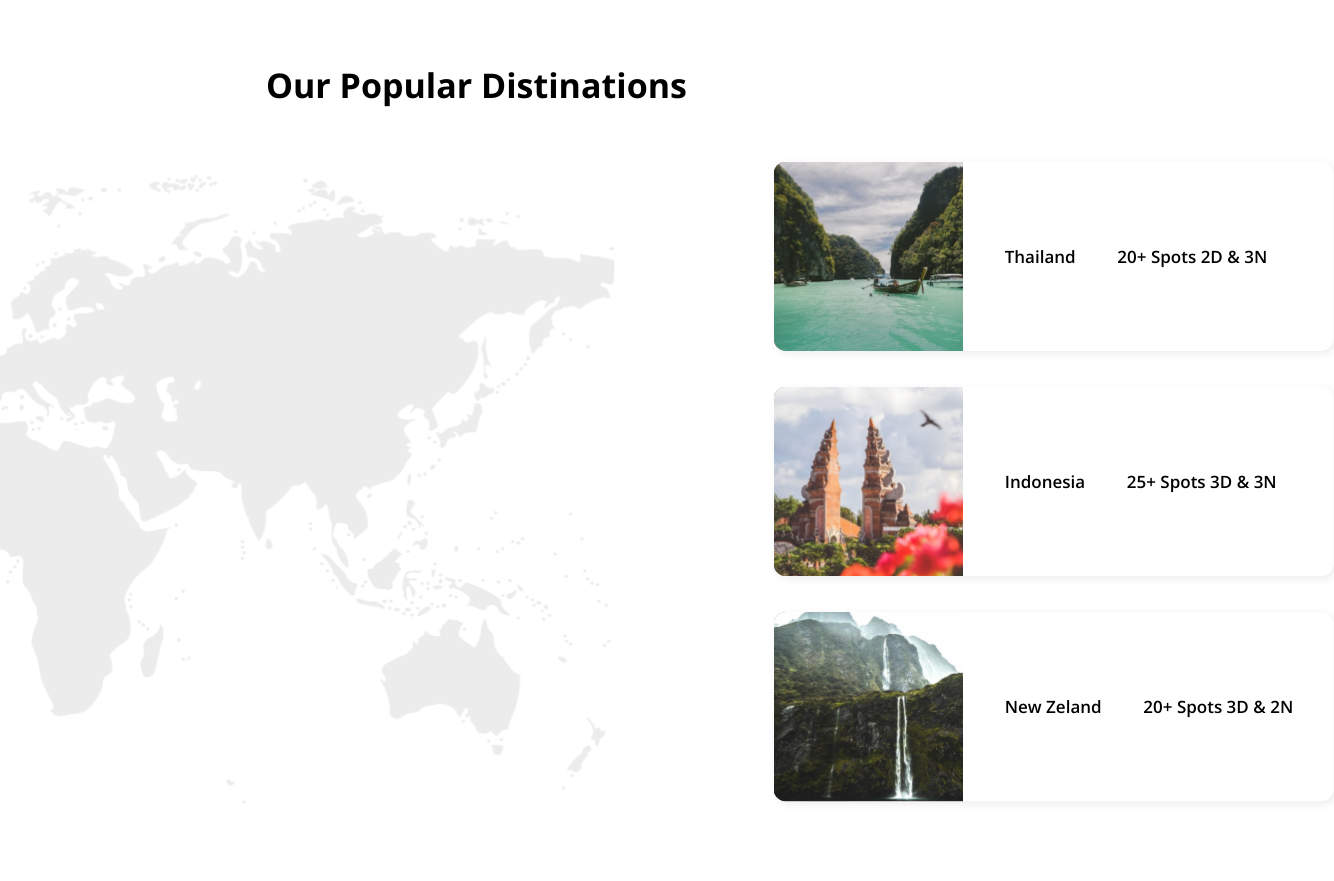
Repository: MehdiKerimov/Figma-Task-16
Page: index.html
An editor plug-in stored every save of this project. The page is shown before and after a run of saves, followed by the edit.
The browser window is 1280 px wide. The page is 1569 px wide, then 1280 px, then 1569 px, so the pictures cover 1569 px, including what lies to the right of the window. The pictures show the whole page, at 85% of full size.

Above is the page before, as saved 2023-10-10 11:01:24.

After the next 2 saves:
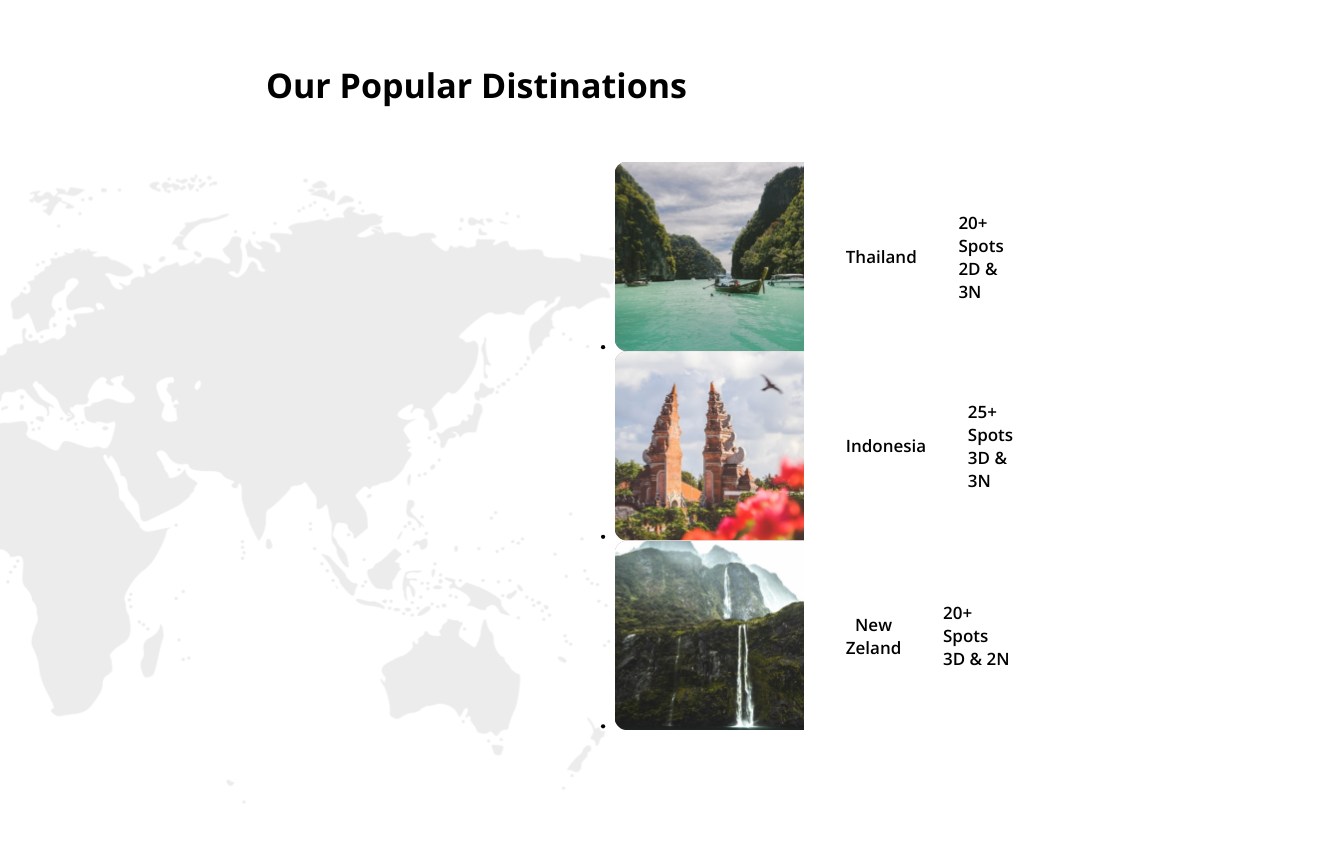
The 2 saves are shown as one change because they came seconds apart.
The last was saved 59 s later.
--- a/index.css
+++ b/index.css
@@ -21,6 +21,7 @@
 .container .box {
   display: flex;
 }
+.container
 .container .box ul li {
   margin-bottom: 42px;
   margin-left: 187px;

After the save that followed:
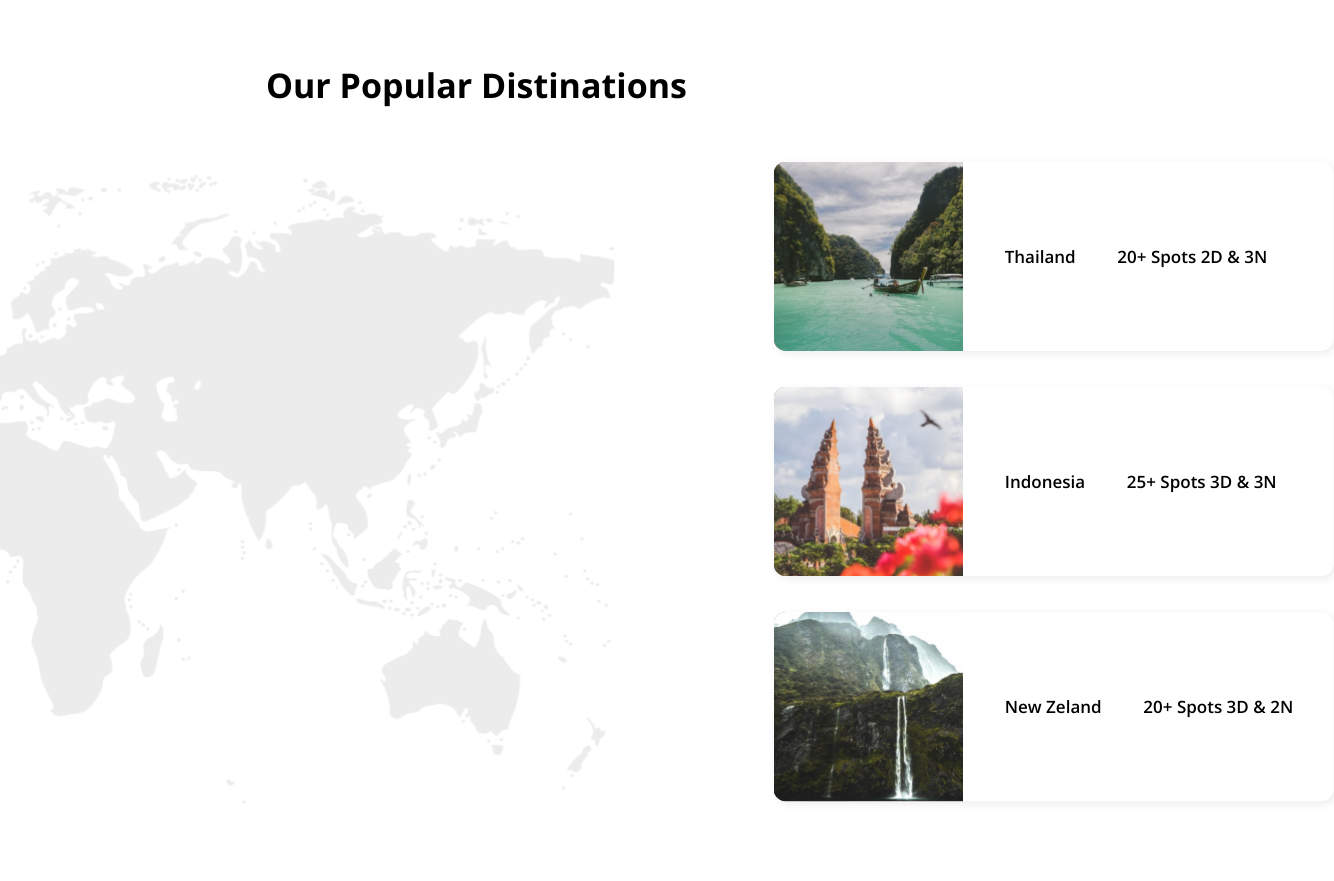
Saved 9 s later.
--- a/index.css
+++ b/index.css
@@ -21,7 +21,9 @@
 .container .box {
   display: flex;
 }
-.container
+.container .box .img-box img{
+
+}
 .container .box ul li {
   margin-bottom: 42px;
   margin-left: 187px;
